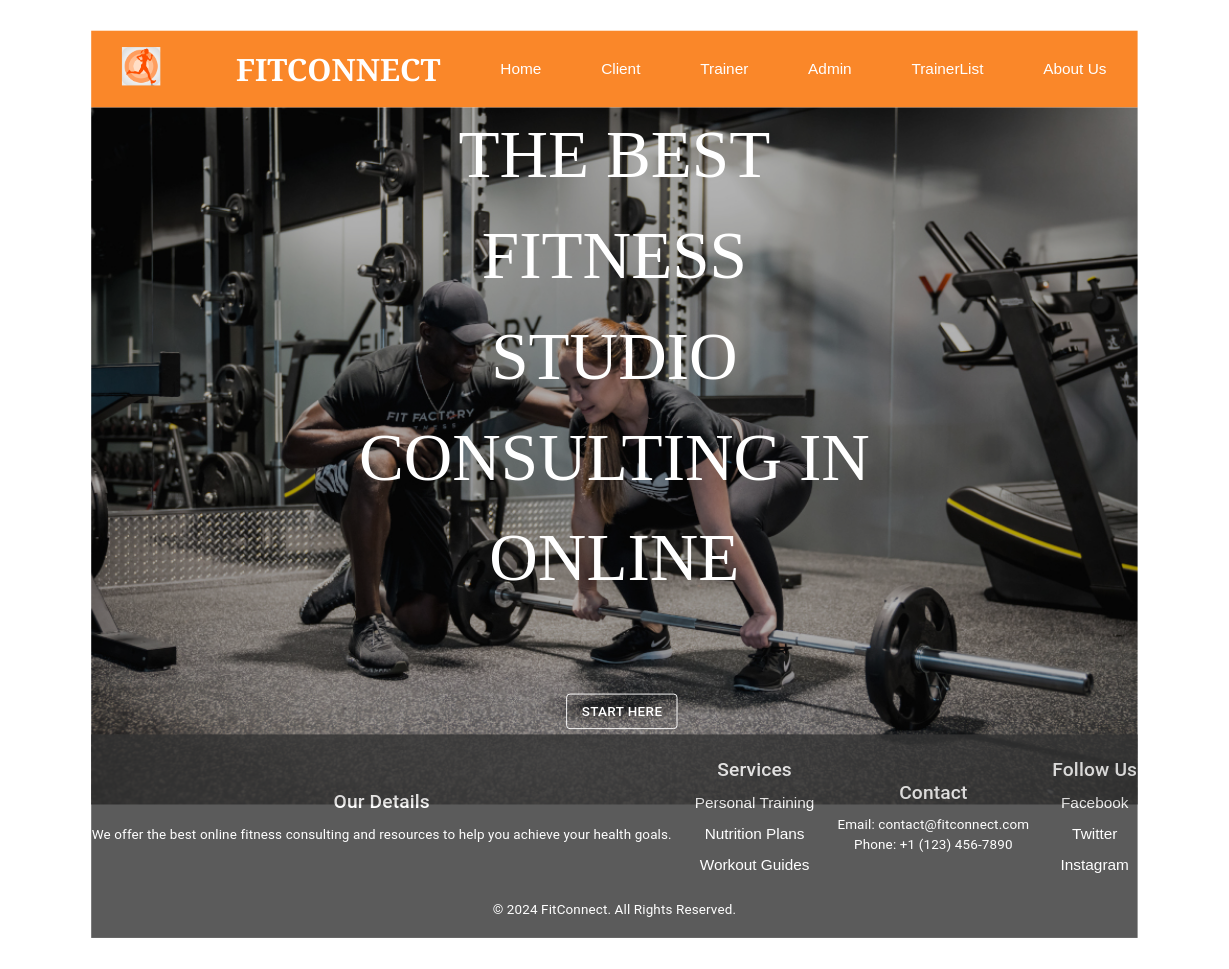
Repository: sarathraj2002/fitconnect
Page: / (app in Frontend/)
The author's editor kept a copy of each file at every save. The page is drawn from the files as they stood at one save, then again after the next save.
The browser window is 1280 px wide. The pictures show the whole page, at 96% of full size.
The project was rebuilt for these pictures with package versions that can differ from the ones it lists, and the page was loaded fresh each time. Also part of the build but not shown: Frontend/vite.config.js, Frontend/src/components/ClientPage.jsx, Frontend/src/components/TrainerPage.jsx, Frontend/src/components/AdminPage.css, Frontend/src/components/AdminPage.jsx, Frontend/src/components/TrainerListPage.jsx, Frontend/src/components/AboutUs.jsx, Frontend/src/components/ClientRegister.css and 5 more.

Above is the page before, as saved 2024-11-12 17:47:39.

### Frontend/index.html
<!doctype html>
<html lang="en">
  <head>
    <meta charset="UTF-8" />
    <link rel="icon" type="image/svg+xml" href="/vite.svg" />
    <meta name="viewport" content="width=device-width, initial-scale=1.0" />
    <title>FitConnect</title>
  </head>
  <body>
    <div id="root"></div>
    <script type="module" src="/src/main.jsx"></script>
  </body>
</html>

### Frontend/src/App.jsx
import React from 'react';
import { useState } from 'react'
import './App.css'
import { Route, Routes } from 'react-router-dom';
import NavBar from './components/NavBar';
import ClientPage from './components/ClientPage.jsx';
import TrainerPage from './components/TrainerPage';
import AdminPage from './components/AdminPage';
import TrainerListPage from './components/TrainerListPage';
import AboutUs from './components/AboutUs.jsx';
import Home from './components/Home.jsx';
import ClientRegister from './components/ClientRegister.jsx';
import Blog from './components/Blog.jsx';
import TrainerRegister from './components/TrainerRegister.jsx';
import TrainerProfile from './components/TrainerProfile.jsx';

function App() {
  const [count, setCount] = useState(0)

  return (
    <>


      <NavBar />
      <Routes>
        <Route path="/" element={<Home />}></Route>
        <Route path="/client" element={<ClientPage />}></Route>
        <Route path="/trainer" element={<TrainerPage />} ></Route>
        <Route path="/admin" element={<AdminPage />}></Route>
        <Route path="/trainerlist" element={<TrainerListPage />}></Route>
        <Route path="/about" element={<AboutUs />}></Route>
        <Route path="/register" element={<ClientRegister />}></Route>
        <Route path="/trainerregister" element={<TrainerRegister />}></Route>
        <Route path="/blog" element={<Blog/>}></Route>
        <Route path="/profile" element={<TrainerProfile />}></Route>

      </Routes>



    </>
  )
}

export default App

### Frontend/src/components/Navbar.jsx
import React from 'react';
import { Link } from 'react-router-dom';
import './navbar.css';
import { assets } from '../assets/assets';
const Navbar = () => {
  return (
     <nav className="navbar">
    {/* Logo */}
    <div className="navbar-logo">
      <img src={assets.logo} alt="Logo" />
    </div>
    <div className='head'>
     <b> FITCONNECT</b>
    </div>


        <Link to="/" style={{textDecoration:'none',color:'white'}}>Home</Link>
        <Link to="/client" style={{textDecoration:'none',color:'white'}}>Client</Link>
        <Link to="/trainer" style={{textDecoration:'none',color:'white'}}>Trainer</Link>
        <Link to="/admin" style={{textDecoration:'none',color:'white'}}>Admin</Link>
        <Link to="/trainerlist" style={{textDecoration:'none',color:'white'}}>TrainerList</Link>
        <Link to="/about" style={{textDecoration:'none',color:'white'}}>About Us</Link>

    </nav>
  );
};

export default Navbar;

### Frontend/src/components/Home.jsx
import React from 'react'
import { assets } from '../assets/assets'
import Button from '@mui/material/Button';
import { Stack } from '@mui/material';
import { Link, useNavigate } from 'react-router-dom';
import Footer from './Footer';

const Home = () => {

  const navigate=useNavigate()

  return (

    <>

    <div className='img' style={{ position: 'relative', textAlign: 'center' }}>

    <img
      style={{  width: '100%',filter: 'brightness(70%)' }}
      src={assets.head1}
      alt=""
    />
    <p
      style={{
        position: 'absolute',
        top: '50%',
        left: '50%',
        transform: 'translate(-50%, -50%)',
        color: 'white',
        fontSize: '70px',

        fontFamily:'fantasy'
      }}
    >
      THE BEST FITNESS STUDIO CONSULTING IN ONLINE
      <Stack spacing={2} direction="row" alignItems="center"
      justifyContent="center"
      style={{ height: '30vh' }} >

      <Link to="/blog" style={{ textDecoration: 'none' }}></Link>
      <Button onClick={()=>navigate('/blog')} variant="outlined" sx={{ color: 'white', borderColor: 'white' }}>START HERE</Button>
    </Stack>

    </p>




    </div>
    <Footer />
    </>
  )
}

export default Home;

### Frontend/src/components/Navbar.css
* {
  margin: 0;
  padding: 0;
  box-sizing: border-box;
}

body {
  font-family: Arial, sans-serif;
}

.navbar {
  display: flex;
  align-items: center;
  justify-content: space-between;
  background-color: #fa8729;
  padding: 1rem 2rem;
  color: white;
  width: 100%;
}

.navbar-logo img {
  height: 40px;
  width: auto;
}

.head {
  font-size: xx-large;
  font-family: Georgia, 'Times New Roman', Times, serif;
  color: white;
  margin-left: 1rem;
}

.navbar-links {
  display: flex;
  gap: 1.5rem;
  list-style: none;
  margin-left: auto; /* Align links to the right */
}

.navbar-links a {
  text-decoration: none;
  color: white;
  font-size: 1rem;
  transition: color 0.3s ease;
}

.navbar-links a:hover {
  color: #ec7819;
}

.navbar-toggle {
  display: none;
  font-size: 1.5rem;
  color: white;
  cursor: pointer;
}

/* Mobile view adjustments */
@media (max-width: 768px) {
  .navbar {
      flex-direction: column;
      align-items: flex-start;
  }

  .navbar-links {
      display: none;
      flex-direction: column;
      width: 100%;
      background-color: #fa8729;
      position: absolute;
      top: 100%;
      left: 0;
      padding: 1rem 2rem;
      border-radius: 0;
  }

  .navbar-links.open {
      display: flex;
  }

  .navbar-toggle {
      display: block;
  }

  .head {
      margin-left: 0;
      margin-bottom: 1rem;
  }
}

### Frontend/src/assets/assets.js
import logo from './logo.png';
import head1 from './head1.png'

export const assets={
    logo,
    head1
};

### Frontend/src/components/Footer.jsx

import React from 'react';
import { Box, Typography, Link, Stack } from '@mui/material';

const Footer = () => {
  return (
    <Box
      component="footer"
      sx={{
        backgroundColor: '#333',
        opacity:'80%',
        color: 'white',
        padding: '20px 0',
        textAlign: 'center',
        mt: -10
      }}
    >
      <Stack
        direction={{ xs: 'column' ,sm:'row' }}
        spacing={3}
        justifyContent="center"
        alignItems="center"
      >

        <Box>
          <Typography variant="h6">Our Details</Typography>
          <Typography variant="body2" sx={{ mt: 1 }}>
            We offer the best online fitness consulting and resources to help you achieve your health goals.
          </Typography>
        </Box>


        <Box>
          <Typography variant="h6">Services</Typography>
          <Link href="/services" color="inherit" underline="none" sx={{ display: 'block', mt: 1 }}>
            Personal Training
          </Link>
          <Link href="/services" color="inherit" underline="none" sx={{ display: 'block', mt: 1 }}>
            Nutrition Plans
          </Link>
          <Link href="/services" color="inherit" underline="none" sx={{ display: 'block', mt: 1 }}>
            Workout Guides
          </Link>
        </Box>


        <Box>
          <Typography variant="h6">Contact</Typography>
          <Typography variant="body2" sx={{ mt: 1 }}>Email: contact@fitconnect.com</Typography>
          <Typography variant="body2">Phone: +1 (123) 456-7890</Typography>
        </Box>


        <Box>
          <Typography variant="h6">Follow Us</Typography>
          <Link href="https://facebook.com" color="inherit" underline="none" sx={{ display: 'block', mt: 1 }}>
            Facebook
          </Link>
          <Link href="https://twitter.com" color="inherit" underline="none" sx={{ display: 'block', mt: 1 }}>
            Twitter
          </Link>
          <Link href="https://instagram.com" color="inherit" underline="none" sx={{ display: 'block', mt: 1 }}>
            Instagram
          </Link>
        </Box>
      </Stack>


      <Typography variant="body2" sx={{ mt: 3 }}>
        &copy; {new Date().getFullYear()} FitConnect. All Rights Reserved.
      </Typography>
    </Box>
  );
};

export default Footer;

Loaded but not shown: Frontend/src/main.jsx (common file); Frontend/src/index.css (common file); Frontend/src/App.css (common file)

After the next save:
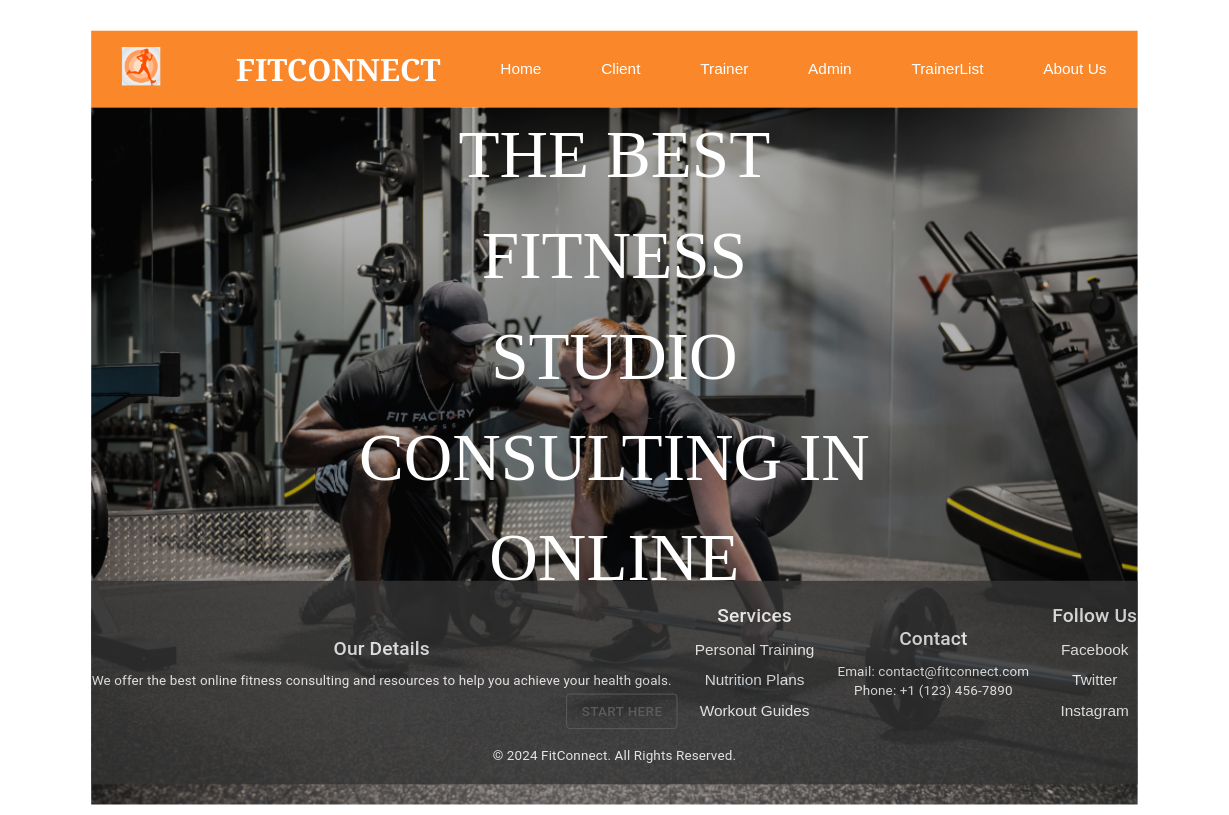
Saved 8 s later.
--- a/Frontend/src/components/Footer.jsx
+++ b/Frontend/src/components/Footer.jsx
@@ -12,7 +12,7 @@ const Footer = () => {
         color: 'white',
         padding: '20px 0',
         textAlign: 'center',
-        mt: -10
+        mt: -30
       }}
     >
       <Stack
